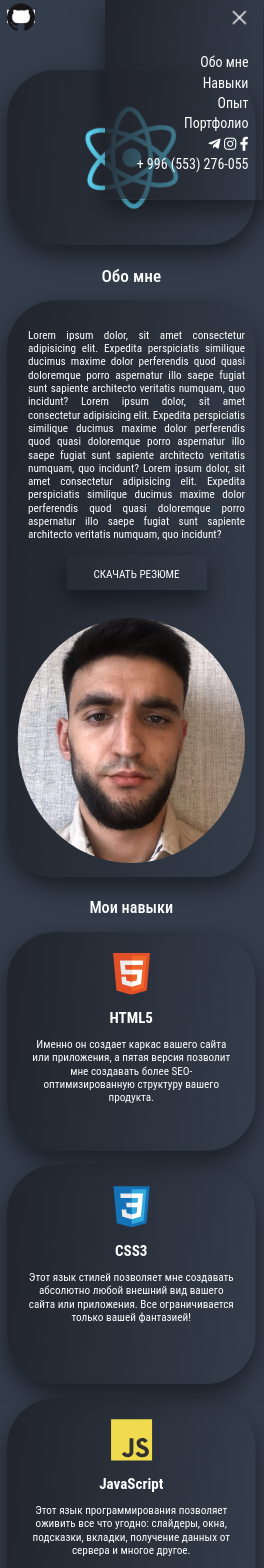
Repository: aligadzhiev0595/my-portfolio
Page: index.html
An editor plug-in stored every save of this project. The page is shown before and after a run of saves, followed by the edit.
The browser window is 375 px wide. The page is 377 px wide, so the pictures cover 377 px, including what lies to the right of the window. The pictures show the part of the page from y = 0 to 2240 px (the page is 5534 px tall), at 70% of full size.
After loading, the first visible `div.burger` was clicked once.
The style sheet was rebuilt from its Sass, Less or Tailwind sources for each picture, by a compiler version that may differ from the author's.

Above is the page before, as saved 2021-05-09 23:07:18.
Console error: TypeError: Cannot read properties of null (reading 'classList')

### index.html
<!DOCTYPE html>
<html lang="en">

<head>
  <meta charset="UTF-8">
  <meta name="viewport" content="width=device-width, initial-scale=1.0">
  <link rel="icon" href="./favicon-32x32.png" type="image/x-icon">
  <link rel="stylesheet" href="./src/css/style.css">
  <title>Portfolio</title>
</head>

<body data-mdb-spy="scroll" data-mdb-target="#scrollspy" data-mdb-offset="0">

  <header class="header fixed-top">
    <div class="container">
      <a href="https://github.com/hopetodie" class="header__brand" target="_blank">
        <img class="header__img" src="./src/image/header/GitHub-Mark-32px.png" alt="brand img-fluid">
      </a>
      <nav id="scrollspy" class="nav">
        <ul class="nav__list">
          <li class="nav__item">
            <a class="nav__link" href="#about-me">Обо мне</a>
          </li>
          <li class="nav__item">
            <a class="nav__link" href="#skills">Навыки</a>
          </li>
          <li class="nav__item">
            <a class="nav__link" href="#experience">Опыт</a>
          </li>
          <li class="nav__item">
            <a class="nav__link" href="#portfolio">Портфолио</a>
          </li>
        </ul>
        <ul class="nav__list flex-row justify-content-end">
          <li class="nav__item">
            <a class="nav__link" href="https://t.me/hopetodiex" target="_blank"><i
                class="fab fa-telegram-plane"></i></a>
          </li>
          <li class="nav__item">
            <a class="nav__link" href="https://www.instagram.com/ali.gadjiev05" target="_blank"><i
                class="fab fa-instagram"></i></a>
          </li>
          <li class="nav__item">
            <a class="nav__link" href="https://www.facebook.com/" target="_blank"><i class="fab fa-facebook-f"></i></a>
          </li>
        </ul>
        <a class="nav__phone" href="tel:996553276055">+ 996 (553) 276-055 </a>
      </nav>
      <div class="burger">
        <span class="burger__line"></span>
      </div>
    </div>
  </header>
  <main>
    <section class="react-animation">
      <div class="container">
        <div class="row">
          <div class="col">
            <div class="wrapper">
              <img class="wrapper__logo" src="./src/image/react/logo.svg" alt="">
            </div>
          </div>
          <div class="col">
            <div class="wrapper">
              <img class="wrapper__logo" src="./src/image/react/logo.svg" alt="">
            </div>
          </div>
          <div class="col">
            <div class="wrapper">
              <img class="wrapper__logo" src="./src/image/react/logo.svg" alt="">
            </div>
          </div>
          <div class="col">
            <div class="wrapper">
              <img class="wrapper__logo" src="./src/image/react/logo.svg" alt="">
            </div>
          </div>
        </div>
      </div>
    </section>
    <section class="about-me" id='about-me'>
      <div class="container">
        <h2 class="about-me__title">Обо мне</h2>
        <div class="about-me__block">
          <div class="wrapper1 wrapper">

            <p class="wrapper__subtitle">
              Lorem ipsum dolor, sit amet consectetur adipisicing elit. Expedita perspiciatis similique ducimus maxime
              dolor perferendis quod quasi doloremque porro aspernatur illo saepe fugiat sunt sapiente architecto
              veritatis numquam, quo incidunt?
              Lorem ipsum dolor, sit amet consectetur adipisicing elit. Expedita perspiciatis similique ducimus maxime
              dolor perferendis quod quasi doloremque porro aspernatur illo saepe fugiat sunt sapiente architecto
              veritatis numquam, quo incidunt?
              Lorem ipsum dolor, sit amet consectetur adipisicing elit. Expedita perspiciatis similique ducimus maxime
              dolor perferendis quod quasi doloremque porro aspernatur illo saepe fugiat sunt sapiente architecto
              veritatis numquam, quo incidunt?

            </p>
            <a class="wrapper__btn mybtn" href="./src/image/resume/Resume.pdf" download>скачать резюме</a>
          </div>
          <div class="wrapper2 wrapper">
            <div class="wrapper__img">
              <img class="img" src="./src/image/about-me/E3rtKXwRQ_w.jpeg" alt="leo its me">
            </div>
          </div>

        </div>
      </div>
    </section>
    <section class="skills" id='skills'>
      <div class="container">
        <h3 class="skills__title">Мои навыки</h3>
        <div class="row">
          <div class="col col-sm-12 col-md-4 col-lg-4 col-xl-4 hover-zoom">
            <div class="wrapper">
              <img class="wrapper__img" src="./src/image/skills/html.svg" alt="">
              <h4 class="wrapper__title">HTML5</h4>
              <p class="wrapper__subtitle">Именно он создает каркас вашего сайта или приложения, а пятая версия позволит
                мне создавать более SEO-оптимизированную структуру вашего продукта.</p>
            </div>
          </div>
          <div class="col col-sm-12 col-md-4 col-lg-4 col-xl-4 hover-zoom">
            <div class="wrapper">
              <img class="wrapper__img" src="./src/image/skills/css3.svg" alt="">
              <h4 class="wrapper__title">CSS3</h4>
              <p class="wrapper__subtitle">Этот язык стилей позволяет мне создавать абсолютно любой внешний вид вашего
                сайта или приложения. Все ограничивается только вашей фантазией!</p>
            </div>
          </div>
          <div class="col col-sm-12 col-md-4 col-lg-4 col-xl-4 hover-zoom">
            <div class="wrapper">
              <img class="wrapper__img" src="./src/image/skills/javascript.svg" alt="">
              <h4 class="wrapper__title">JavaScript</h4>
              <p class="wrapper__subtitle">Этот язык программирования позволяет оживить все что угодно: слайдеры, окна,
                подсказки, вкладки, получение данных от сервера и многое другое.</p>
            </div>
          </div>
          <div class="col col-sm-12 col-md-4 col-lg-4 col-xl-4 hover-zoom">
            <div class="wrapper">
              <img class="wrapper__img" src="./src/image/skills/jquery.svg" alt="">
              <h4 class="wrapper__title">jQuery</h4>
              <p class="wrapper__subtitle">Библиотека Jquery позволит ускорить разработку. Без необходимости
                интегрировать в проект мы её не будем, но навык работы с ней присутствует.</p>
            </div>
          </div>
          <div class="col col-sm-12 col-md-4 col-lg-4 col-xl-4 hover-zoom">
            <div class="wrapper">
              <img class="wrapper__img" src="./src/image/skills/react.svg" alt="">
              <h4 class="wrapper__title">React</h4>
              <p class="wrapper__subtitle">Это декларативная, эффективная и гибкая JavaScript библиотека для создания
                пользовательских интерфейсов. Она позволяет вам собирать сложный UI из маленьких изолированных кусочков
                кода, называемых «компонентами».</p>
            </div>
          </div>
          <div class="col col-sm-12 col-md-4 col-lg-4 col-xl-4 hover-zoom">
            <div class="wrapper">
              <img class="wrapper__img" src="./src/image/skills/redux.svg" alt="">
              <h4 class="wrapper__title">Redux</h4>
              <p class="wrapper__subtitle">Это способ управления состоянием приложения. Она основана на нескольких
                концепциях, изучив которые, можно с лёгкостью решать проблемы с состоянием.</p>
            </div>
          </div>
        </div>
      </div>
    </section>
    <section class="experience" id='experience'>
      <div class="container">
        <h3 class="experience__title">Мой опыт</h3>
        <div class="row">
          <div class="col-12 col-sm-12 col-md-4 col-lg-4 col-xl-4 ">
            <div class="wrapper exp">
              <div class="wrapper__percent">
                <svg class="wrapper__svg">
                  <circle class="wrapper__svg-circle" cx='70' cy='70' r='70'></circle>
                  <circle class="wrapper__svg-circle" cx='70' cy='70' r='70'></circle>
                </svg>
                <div class="wrapper__number">
                  <h4 class="wrapper__titleH"> <span class="wrapper__span">%</span></h4>
                </div>
              </div>

              <div class="wrapper__text">
                <h5 class="wrapper__subtitleH">HTML5</h5>
              </div>
            </div>
          </div>
          <div class="col-12 col-sm-12 col-md-4 col-lg-4 col-xl-4">
            <div class="wrapper">
              <div class="wrapper__percent">
                <svg class="wrapper__svg">
                  <circle class="wrapper__svg-circleC" cx='70' cy='70' r='70'></circle>
                  <circle class="wrapper__svg-circleC" cx='70' cy='70' r='70'></circle>
                </svg>
                <div class="wrapper__number">
                  <h4 class="wrapper__titleC"> <span class="wrapper__span">%</span></h4>
                </div>
              </div>

              <div class="wrapper__text">
                <h5 class="wrapper__subtitleC">CSS3</h5>
              </div>
            </div>
          </div>
          <div class="col-12 col-sm-12 col-md-4 col-lg-4 col-xl-4">
            <div class="wrapper">
              <div class="wrapper__percent">
                <svg class="wrapper__svg">
                  <circle class="wrapper__svg-circleJs" cx='70' cy='70' r='70'></circle>
                  <circle class="wrapper__svg-circleJs" cx='70' cy='70' r='70'></circle>
                </svg>
                <div class="wrapper__number">
                  <h4 class="wrapper__titleJs"><span class="wrapper__span">%</span></h4>
                </div>
              </div>

              <div class="wrapper__text">
                <h5 class="wrapper__subtitleJs">jS</h5>
              </div>
            </div>
          </div>
          <div class="col-12 col-sm-12 col-md-4 col-lg-4 col-xl-4">
            <div class="wrapper">
              <div class="wrapper__percent">
                <svg class="wrapper__svg">
                  <circle class="wrapper__svg-circleJ" cx='70' cy='70' r='70'></circle>
                  <circle class="wrapper__svg-circleJ" cx='70' cy='70' r='70'></circle>
                </svg>
                <div class="wrapper__number">
                  <h4 class="wrapper__titleJ"><span class="wrapper__span">%</span></h4>
                </div>
              </div>

              <div class="wrapper__text">
                <h5 class="wrapper__subtitleJ">jQuery</h5>
              </div>
            </div>
          </div>
          <div class="col-12 col-sm-12 col-md-4 col-lg-4 col-xl-4">
            <div class="wrapper">
              <div class="wrapper__percent">
                <svg class="wrapper__svg">
                  <circle class="wrapper__svg-circleR" cx='70' cy='70' r='70'></circle>
                  <circle class="wrapper__svg-circleR" cx='70' cy='70' r='70'></circle>
                </svg>
                <div class="wrapper__number">
                  <h4 class="wrapper__titleR"><span class="wrapper__span">%</span></h4>
                </div>
              </div>

              <div class="wrapper__text">
                <h5 class="wrapper__subtitleR">React</h5>
              </div>
            </div>
          </div>
          <div class="col-12 col-sm-12 col-md-4 col-lg-4 col-xl-4">
            <div class="wrapper">
              <div class="wrapper__percent">
                <svg class="wrapper__svg">
                  <circle class="wrapper__svg-circleRe" cx='70' cy='70' r='70'></circle>
                  <circle class="wrapper__svg-circleRe" cx='70' cy='70' r='70'></circle>
                </svg>
                <div class="wrapper__number">
                  <h4 class="wrapper__titleRe"><span class="wrapper__span">%</span></h4>
                </div>
              </div>

              <div class="wrapper__text">
                <h5 class="wrapper__subtitleRe">Redux</h5>
              </div>
            </div>
          </div>
        </div>
      </div>
    </section>
    <section class="portfolio" id='portfolio'>
      <div class="container">
        <h2 class="portfolio__title">Мои работы</h2>
        <div id="carousel2">
          <figure id="spinner">
            <a href="https://hopetodie.github.io/store/" target="_blank">
              <img src="./src/image/portfolio/run.webp" alt="">
            </a>
            <a href="https://hopetodie.github.io/Game-store/" target="_blank">
              <img class="portfolio-carousel-item__img" src="./src/image/portfolio/game.webp" alt="">
            </a>
            <a href="https://hopetodie.github.io/carsharing/" target="_blank">
              <img class="portfolio-carousel-item__img" src="./src/image/portfolio/car.webp" alt="">
            </a>
            <a href="https://hopetodie.github.io/IT-studio/" target="_blank">
              <img class="portfolio-carousel-item__img" src="./src/image/portfolio/it.webp" alt="">
            </a>
            <a href="https://hopetodie.github.io/Cubaa/" target="_blank">
              <img class="portfolio-carousel-item__img " src="./src/image/portfolio/kubat.webp" alt="">
            </a>
            <a href="https://hopetodie.github.io/Game-store/" target="_blank">
              <img class="portfolio-carousel-item__img" src="./src/image/portfolio/game.webp" alt="">
            </a>
            <a href="https://hopetodie.github.io/store/" target="_blank">
              <img src="./src/image/portfolio/run.webp" alt="">
            </a>
            <a href="https://hopetodie.github.io/carsharing/" target="_blank">
              <img class="portfolio-carousel-item__img" src="./src/image/portfolio/car.webp" alt="">
            </a>


          </figure>
        </div>
        <span style="float:left" class="ss-icon" onclick="galleryspin('-')">&lt;</span>
        <span style="float:right" class="ss-icon" onclick="galleryspin('')">&gt;</span>
      </div>
    </section>
    <section class="carousel">
      <div class="container">
        <h2 class="carousel__title">Мои работы</h2>
        <div class="flex-wrapper">
          <div class="slider-wrapper">
            <div class="slide active">
              <a href="https://hopetodie.github.io/store/" target="_blank">
                <img src="./src/image/portfolio/run.webp" alt="">
              </a>
            </div>
            <div class="slide">
              <a href="https://hopetodie.github.io/Game-store/" target="_blank">
                <img class="portfolio-carousel-item__img" src="./src/image/portfolio/game.webp" alt="">
              </a>
            </div>
            <div class="slide">
              <a href="https://hopetodie.github.io/carsharing/" target="_blank">
                <img class="portfolio-carousel-item__img" src="./src/image/portfolio/car.webp" alt="">
              </a>
            </div>
            <div class="slide">
              <a href="https://hopetodie.github.io/IT-studio/" target="_blank">
                <img class="portfolio-carousel-item__img" src="./src/image/portfolio/it.webp" alt="">
              </a>
            </div>
            <div class="slide">
              <a href="https://hopetodie.github.io/Cubaa/" target="_blank">
                <img class="portfolio-carousel-item__img " src="./src/image/portfolio/kubat.webp" alt="">
              </a>
            </div>
            <div id="btn-prev"></div>
            <div id="btn-next"></div>
          </div>
        </div>
        <div class="dots-wrapper">
          <span class="dot active"></span>
          <span class="dot"></span>
          <span class="dot"></span>
          <span class="dot"></span>
          <span class="dot"></span>
        </div>
      </div>
    </section>
  </main>
  <footer class="footer">
    <span> © Все права защищены</span>
  </footer>
  <script src="./src/libs/jquery/jquery.min.js"></script>
  <script src="./src/libs/mdb-ui-kit/js/mdb.min.js"></script>
  <script src="./src/js/main.js"></script>
</body>

</html>

### src/css/style.scss
@import url(../libs/mdb-ui-kit/css/mdb.min.css);
@import url(../libs/fontawesome/css/all.min.css);


body {
  background: rgb(52, 61, 75);
  color: #1B1818;
  font-weight: 400;
  font-size: 16px;
  line-height: 19px;
  font-family: 'Roboto Condensed', sans-serif;
  // font-family: 'Fire Sans', sans-serif;
}
  .container {
    max-width: 1220px;
    padding: 0 10px;
    margin: 0 auto;
}
a {
  text-decoration: none;
}
li {
  list-style: none;
}

*{
    margin: 0;
    padding: 0;
    box-sizing: border-box;
}


@import '../scss/variables';
@import '../scss/header';
@import '../scss/react-animation';
@import '../scss/about-me';
@import '../scss/skills';
@import '../scss/experience';
@import '../scss/portfolio';
@import '../scss/carousel';
@import '../scss/footer';
@import '../scss/media';

### src/scss/_variables.scss
.mybtn{
    display: block;
    outline: none;
    border:1px solid transparent;
    user-select: none;
    background-color: transparent ;
    text-align: center;
    vertical-align: middle;
    cursor: pointer;
}

### src/scss/_header.scss
.header {
    padding: 5px 0;
    transition:  0.6s ease;
    &_sticky{
        background: rgb(52, 61, 75);
        box-shadow: 0 15px 35px rgba(0, 0, 0, 0.5);
        transition: 0.6s ease;
    }
    &__brand {
        width: 50px;
        height: 50px;
        background: #fff;
        &:hover{
            -webkit-box-shadow: 0px 0px 101px 1px rgba(130,217,249,1);
            -moz-box-shadow: 0px 0px 101px 1px rgba(130,217,249,1);
            box-shadow: 0px 0px 101px 1px rgba(130,217,249,1);
            background: rgba(130,217,249,1);
        }
    }
    &__img {

        width: 40px;
        height: 40px;
    }
    .nav {

        width: 100%;
        max-width: 1220px;
        display: flex;
        justify-content: space-between;
        align-items: center;
        &__list {
            display: flex;
            margin-bottom: 0;
        }

        &__item {
            margin-right: 15px;

            &:last-child {
                margin-right: 0;
            }
        }

        &__link {
            color: #fff;
            &:hover{
                color: rgba(130,217,249,1);
            }
        }

        &__phone {
            color: #fff;
            &:hover{
                color: rgba(130,217,249,1);
            }
        }
    }
}

### src/scss/_react-animation.scss
.react-animation{
    padding-top: 100px;
    padding-bottom: 30px;
    .row{
      .col{
        .wrapper{
          box-shadow: 0 15px 35px rgba(0, 0, 0, 0.5);
          background: linear-gradient(95deg, rgb(33, 36, 44) 0%, rgba(15, 15, 16, 0) 100%);
        border-radius: 70px;
          text-align: center;
          &__logo {
            width: 250px;
            height: 250px;
            animation: React infinite 20s linear;
          }

          @keyframes React {
            from {
              transform: rotate(0deg);
            }
            to {
              transform: rotate(360deg);
            }
          }
        }
      }
    }
}

### src/scss/_footer.scss
.footer{
    margin-top: 70px;
    width: 100%;
    display: flex;
    justify-content: center;
    align-items: center;
    height: 50px;
    box-shadow: 0 15px 35px rgba(0, 0, 0, 0.5);
    color: #fff;
  }

### src/scss/_media.scss
@media (max-width: 576px) {
    .container {
        max-width: 576px;
        width: 100%;
        margin: 0 auto;
    }
.header{

        .nav {
            display: none;
            align-items: flex-end;
            position: fixed;
            right: 0;
            top: 0;
            padding-top: 60px;
            padding-right: 20px;
            background: linear-gradient(95deg, rgb(33, 36, 44) 0%, rgba(15, 15, 16, 0) 100%);
        box-shadow: 0 15px 35px rgba(0, 0, 0, 0.5);
            width: 60%;
            padding-bottom: 40px;
            font-size: 20px;

            &.active {
                display: flex;
                flex-direction: column;
            }
            &__list{
                display: flex;
                flex-direction: column;
                width: 100%;
                align-items: flex-end;
                column-gap: 5px;

                &:first-child{
                    padding-top: 20px;
                }
            }
            &__link{

            }
            &__item{
                margin-right: 0;
                // &:not(:last-child){
                //     margin-bottom: 10px;
                // }
                margin-bottom: 10px;
            }
            &__phone{

            }


        }
        .burger {
            position: fixed;
            top: 25px;
            transform: translateY(-50%);
            right: 20px;
            width: 26px;
            height: 26px;
            display: flex;
            align-items: center;
            cursor: pointer;

            &.active {
                .burger__line {
                    background: none;

                    &::before {
                        transform: rotate(135deg);
                        top: 0;
                    }

                    &::after {
                        transform: rotate(45deg);
                        bottom: 0;
                    }
                }
            }

            &__line {
                position: relative;
                width: 30px;
                height: 2px;
                background: #fff;

                &::before {
                    content: '';
                    position: absolute;
                    width: 100%;
                    height: 100%;
                    background: #fff;
                    top: 8px;
                    left: 0;
                    transition: .25s;
                }

                &::after {
                    content: '';
                    position: absolute;
                    width: 100%;
                    height: 100%;
                    background: #fff;
                    bottom: 8px;
                    left: 0;
                    transition: .25s;
                }
            }
        }

}
    .react-animation {
        .col {
            &:nth-child(1) {
                display: none;
            }

            &:nth-child(2) {
                display: none;
            }

            &:nth-child(3) {
                display: none;
            }
        }

    }

    .about-me {
        padding-bottom: 30px;

       &__block{
           .wrapper{
               width: 100%;
               &2{
                   margin-top: 40px;
               }
           }

       }
    }

    .portfolio {
        display: none;
        &__title {
            padding-bottom: 10px;
        }

        div#carousel2 {
            perspective: 1200px;
            box-shadow: 0 15px 35px rgba(0, 0, 0, 0.5);
            background: linear-gradient(95deg, rgb(33, 36, 44) 0%, rgba(15, 15, 16, 0) 100%);
            padding-top: 15%;
            font-size: 0;
            margin-bottom: 3rem;
            overflow: hidden;
            border-radius: 70px;

        }

        figure#spinner img {
            width: 60%;
            height: 70%;
            max-width: 425px;
            position: absolute;
            left: 22%;
            top: 10%;
            transform-origin: 50% 50% -500px;
            outline: 1px solid transparent;
        }
    }
    .carousel{
        display: block;
        &__title {
            padding-bottom: 10px;
        }
        .slider-wrapper{
            height: 200px;
        }
    }

    .skills {
        padding-bottom: 20px;

        .wrapper {
            padding: 30px;

            &__img {
                width: 60px;
                height: 60px;
                margin-left: 40%;

                &:hover {
                    transform: scale(1.25);
                    transition: all .5s;
                }
            }

            &__title {
                color: #fff;
                font-weight: bold;
                margin-top: 20px;
                text-align: center;
            }

            &__subtitle {
                color: #fff;
                margin-top: 15px;
                text-align: center;
            }
        }
    }

    .experience {
        padding-bottom: 25px;
    }
}

Loaded but not shown: src/libs/jquery/jquery.min.js (library); src/libs/mdb-ui-kit/js/mdb.min.js (library); src/libs/mdb-ui-kit/css/mdb.min.css (library); src/libs/fontawesome/css/all.min.css (library); src/js/main.js (97 lines, source omitted); src/scss/_experience.scss (419 lines, source omitted); src/scss/_about-me.scss (79 lines, source omitted); src/scss/_portfolio.scss (111 lines, source omitted); src/scss/_carousel.scss (77 lines, source omitted); src/scss/_skills.scss (43 lines, source omitted)

After the next 2 saves:
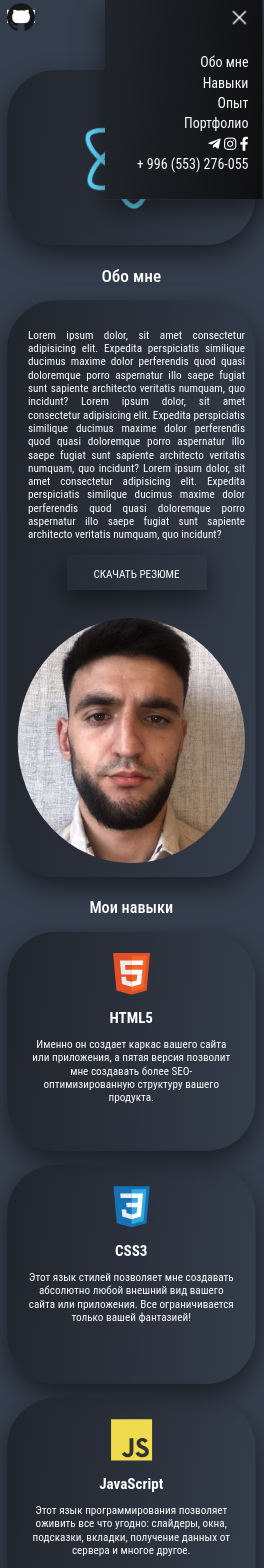
The 2 saves are shown as one change because they came seconds apart.
The last was saved 18 s later.
--- a/src/scss/_media.scss
+++ b/src/scss/_media.scss
@@ -14,7 +14,7 @@
             top: 0;
             padding-top: 60px;
             padding-right: 20px;
-            background: linear-gradient(95deg, rgb(33, 36, 44) 0%, rgba(15, 15, 16, 0) 100%);
+            background: linear-gradient(95deg, rgb(33, 36, 44) 0%, rgb(15, 15, 16) 100%);
         box-shadow: 0 15px 35px rgba(0, 0, 0, 0.5);
             width: 60%;
             padding-bottom: 40px;

After the save that followed:
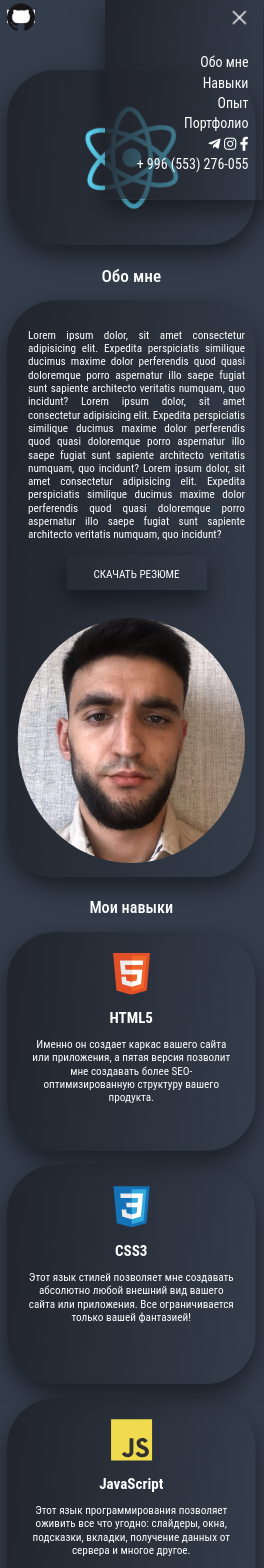
Saved 13 s later.
--- a/src/scss/_media.scss
+++ b/src/scss/_media.scss
@@ -14,7 +14,7 @@
             top: 0;
             padding-top: 60px;
             padding-right: 20px;
-            background: linear-gradient(95deg, rgb(33, 36, 44) 0%, rgb(15, 15, 16) 100%);
+            background: linear-gradient(95deg, rgb(33, 36, 44) 0%, rgba(15, 15, 16, 0) 100%);
         box-shadow: 0 15px 35px rgba(0, 0, 0, 0.5);
             width: 60%;
             padding-bottom: 40px;
